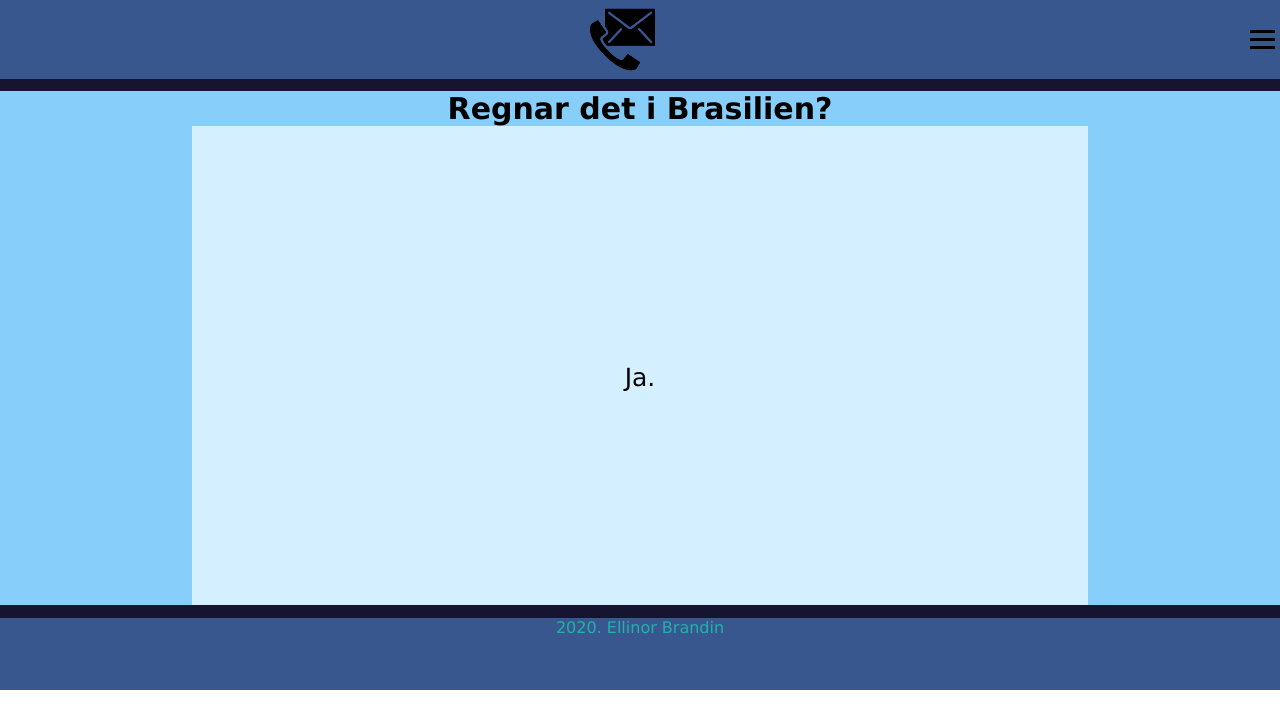
Repository: EllinorBrandin/projekt2
Page: ja copy.html
These files come from the project's save history. The page is drawn as it stood at one moment and after the next save; the edit follows.
The browser window is 1280 px wide. The pictures show the whole page.

Above is the page before, as saved 2020-05-07 11:35:24.

After the next save:
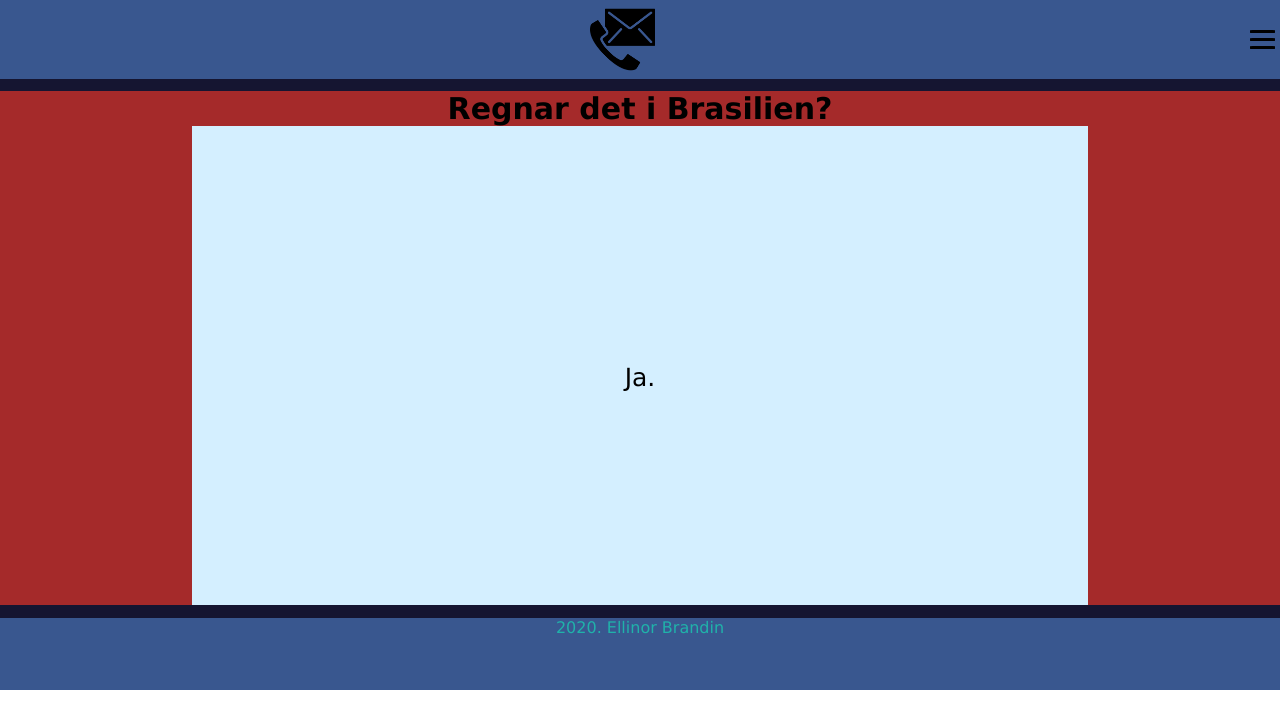
Saved 6 days later.
--- a/css/style.css
+++ b/css/style.css
@@ -723,7 +723,7 @@
 
 .possibly{
   grid-area: mn;
-  background-color: lightskyblue;
+  background-color:brown;
   height: 514px;
   width: 100%;
   margin-bottom: 13px;

After the save that followed:
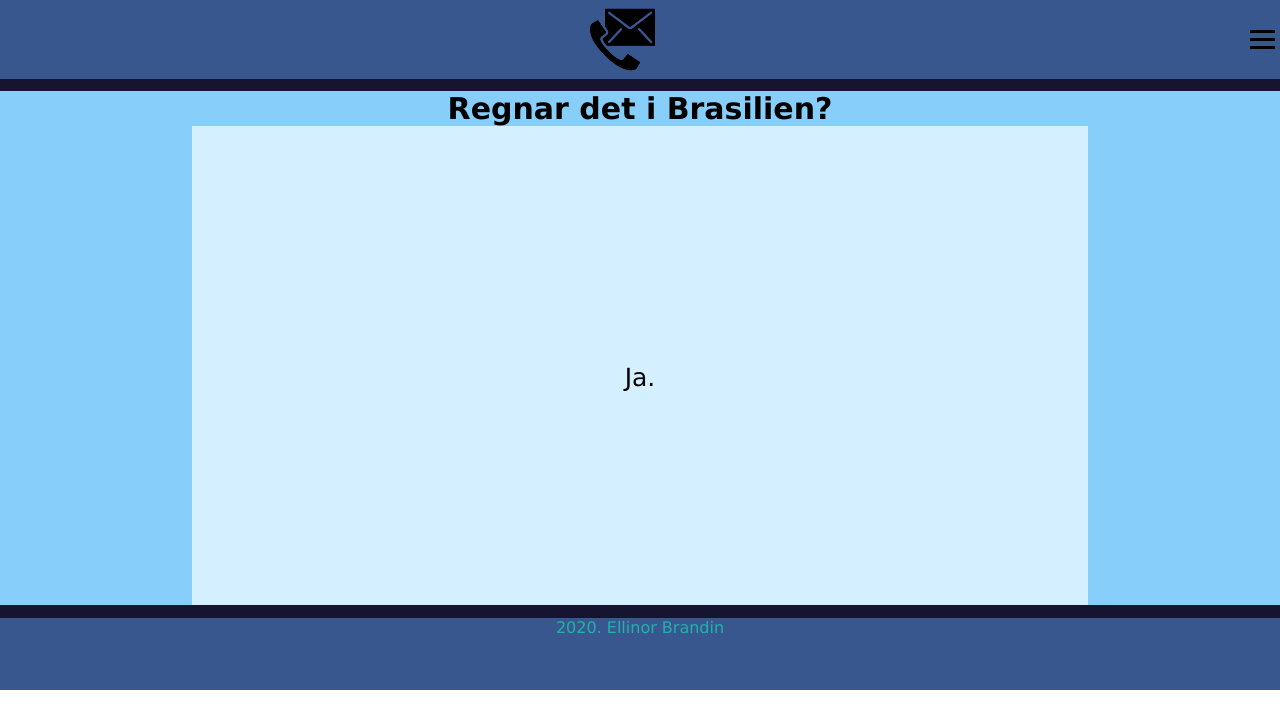
Saved 119 s later.
--- a/css/style.css
+++ b/css/style.css
@@ -723,7 +723,7 @@
 
 .possibly{
   grid-area: mn;
-  background-color:brown;
+  background-color:lightskyblue;
   height: 514px;
   width: 100%;
   margin-bottom: 13px;
